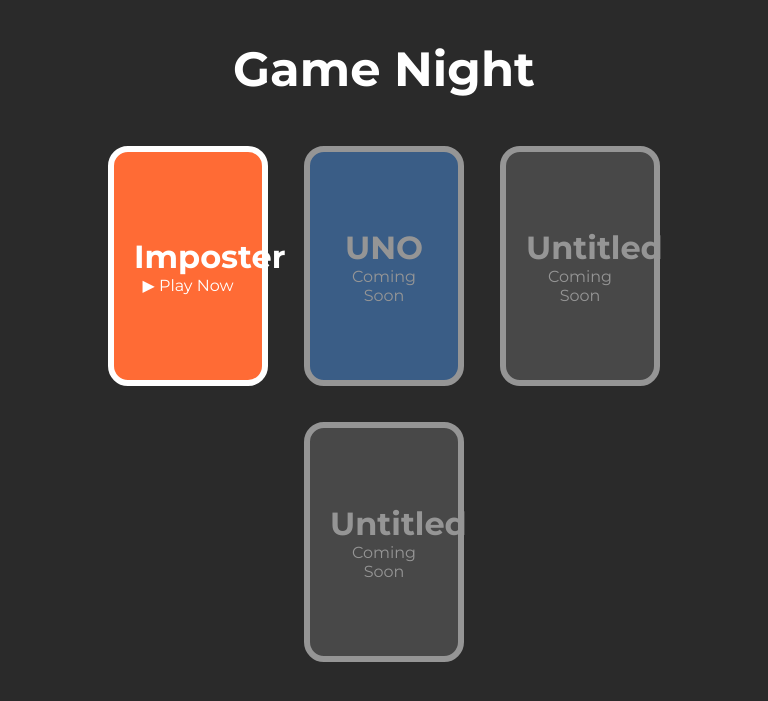
Repository: nfemmanuel/game-night-app
Page: /
The author's editor kept a copy of each file at every save. The page is drawn from the files as they stood at one save, then again after a run of saves.
The browser window is 768 px wide. The pictures show the whole page.
The project was rebuilt for these pictures with package versions that can differ from the ones it lists, and the page was loaded fresh each time. Also part of the build but not shown: src/components/HelpButton.jsx, src/components/BackButton.jsx, src/pages/ImposterSetup.jsx, src/data/wordList.js, src/pages/ImposterReveal.jsx, src/pages/ImposterVoting.jsx.

Above is the page before, as saved 2025-12-31 18:16:40.

### public/index.html
<!DOCTYPE html>
<html lang="en">
  <head>
    <meta charset="utf-8" />
    <link rel="icon" href="%PUBLIC_URL%/favicon.ico" />
    <link rel="preconnect" href="https://fonts.googleapis.com">
    <link rel="preconnect" href="https://fonts.gstatic.com" crossorigin>
    <link href="https://fonts.googleapis.com/css2?family=Montserrat:wght@400;600;700&display=swap" rel="stylesheet">
    <meta name="viewport" content="width=device-width, initial-scale=1" />
    <meta name="theme-color" content="#000000" />
    <meta
      name="description"
      content="Web site created using create-react-app"
    />
    <link rel="apple-touch-icon" href="%PUBLIC_URL%/logo192.png" />
    <!--
      manifest.json provides metadata used when your web app is installed on a
      user's mobile device or desktop. See https://developers.google.com/web/fundamentals/web-app-manifest/
    -->
    <link rel="manifest" href="%PUBLIC_URL%/manifest.json" />
    <!--
      Notice the use of %PUBLIC_URL% in the tags above.
      It will be replaced with the URL of the `public` folder during the build.
      Only files inside the `public` folder can be referenced from the HTML.

      Unlike "/favicon.ico" or "favicon.ico", "%PUBLIC_URL%/favicon.ico" will
      work correctly both with client-side routing and a non-root public URL.
      Learn how to configure a non-root public URL by running `npm run build`.
    -->
    <title>React App</title>
  </head>
  <body>
    <noscript>You need to enable JavaScript to run this app.</noscript>
    <div id="root"></div>
    <!--
      This HTML file is a template.
      If you open it directly in the browser, you will see an empty page.

      You can add webfonts, meta tags, or analytics to this file.
      The build step will place the bundled scripts into the <body> tag.

      To begin the development, run `npm start` or `yarn start`.
      To create a production bundle, use `npm run build` or `yarn build`.
    -->
  </body>
</html>

### src/App.js
import { BrowserRouter, Routes, Route } from 'react-router-dom';
import './styles/global.css';
import LandingPage from './pages/LandingPage';
import ImposterSetup from './pages/ImposterSetup';
import ImposterReveal from './pages/ImposterReveal';
import ImposterVoting from './pages/ImposterVoting';

function App() {
  return (
    <BrowserRouter>
      <Routes>
        <Route path="/" element={<LandingPage />} />
        <Route path="/imposter-setup" element={<ImposterSetup />} />
        <Route path="/imposter-reveal" element={<ImposterReveal />} />
        <Route path="/imposter-voting" element={<ImposterVoting />} />
      </Routes>
    </BrowserRouter>
  );
}

export default App;

### src/styles/global.css
* {
    margin: 0;
    padding: 0;
    box-sizing: border-box;
}

body {
    font-family: 'Montserrat', 'Helvetica Neue', 'Arial', sans-serif;
    background-color: rgb(42, 42, 42);
    color: white;
    overflow: hidden;
}

button {
    cursor: pointer;
    border: none;
    border-radius: 5px;
    font-family: inherit;
    font-size: 1rem;
    padding: 10px 20px;
}

/* Mobile adjustments only - won't affect desktop */
@media (max-width: 768px) {
    body {
        overflow-y: auto;
    }

    /* Make large headings smaller on mobile */
    h1 {
        font-size: 3rem !important;
    }

    h2 {
        font-size: 2rem !important;
    }
}

@media (max-width: 480px) {
    h1 {
        font-size: 2.5rem !important;
    }

    h2 {
        font-size: 2rem !important;
    }
}

### src/pages/LandingPage.jsx
import { useNavigate } from 'react-router-dom';
import GameCard from '../components/GameCard';
import HelpButton from '../components/HelpButton';

function LandingPage() {
    const navigate = useNavigate();

    const handleClick = (gameName, route) => {
        if (route) {
            navigate(route);
        }
    };

    return (
        <div style={{ padding: '40px', textAlign: 'center' }}>
            <h1 style={{ fontSize: '10rem' }}>Game Night</h1>

            <div style={{
                display: 'flex',
                gap: '20px',
                justifyContent: 'center',
                marginTop: '40px',
                flexWrap: 'wrap',
                padding: '0 10px'  // Add padding on sides for mobile
            }}>
                <GameCard
                    name="Imposter"
                    available={true}
                    color="orange"
                    onClick={() => handleClick("Imposter", "/imposter-setup")}
                />
                <GameCard
                    name="UNO"
                    available={false}
                    color="blue"
                    onClick={() => handleClick("UNO", "/uno-setup")}
                />
                <GameCard
                    name="Untitled"
                    available={false}
                    onClick={() => { }}
                />
                <GameCard
                    name="Untitled"
                    available={false}
                    onClick={() => { }}
                />
            </div>
        </div>
    );
}

export default LandingPage;

### src/components/GameCard.jsx
import styles from './GameCard.module.css';

function GameCard({ name, available, onClick, color }) {  // Add color here
    // Combine card + available/disabled classes + color
    const cardClasses = `${styles.card} ${available ? styles.available : styles.disabled} ${color ? styles[color] : ''}`;

    return (
        <div
            className={cardClasses}
            onClick={available ? onClick : null}
        >
            <h2>{name}</h2>
            <p>{available ? '▶ Play Now' : 'Coming Soon'}</p>
        </div>
    );
}

export default GameCard;

### src/components/GameCard.module.css
.card {
    width: 225px;
    height: 330px;
    padding: 30px;
    margin: 10px;
    border-radius: 20px;
    border: 10px solid white;
    text-align: center;
    transition: all 0.3s ease;
    display: flex;
    flex-direction: column;
    justify-content: center;
}

.available {
    color: white;
    cursor: pointer;
}

.available:hover {
    transform: scale(1.05);
}

.disabled {
    background-color: #666;
    color: white;
    cursor: not-allowed;
    opacity: 0.5;
}

.orange {
    background-color: #FF6B35;
}

.orange:hover {
    box-shadow: 0 0 20px rgba(255, 107, 53, 0.6);
}

.blue {
    background-color: #4A90E2;
}

.blue:hover {
    box-shadow: 0 0 20px rgba(74, 144, 226, 0.6);
}

/* Mobile: smaller cards */
@media (max-width: 768px) {
    .card {
        width: 160px;
        height: 240px;
        padding: 20px;
        margin: 8px;
        border: 6px solid white;
    }
}

@media (max-width: 480px) {
    .card {
        width: 140px;
        height: 210px;
        padding: 15px;
        margin: 5px;
        border: 5px solid white;
    }

    .card h1 {
        font-size: 1.3rem;
    }

    .card p {
        font-size: 0.9rem;
    }
}

Loaded but not shown: src/index.js (common file); src/index.css (common file); src/reportWebVitals.js (common file)

After the next 2 saves:
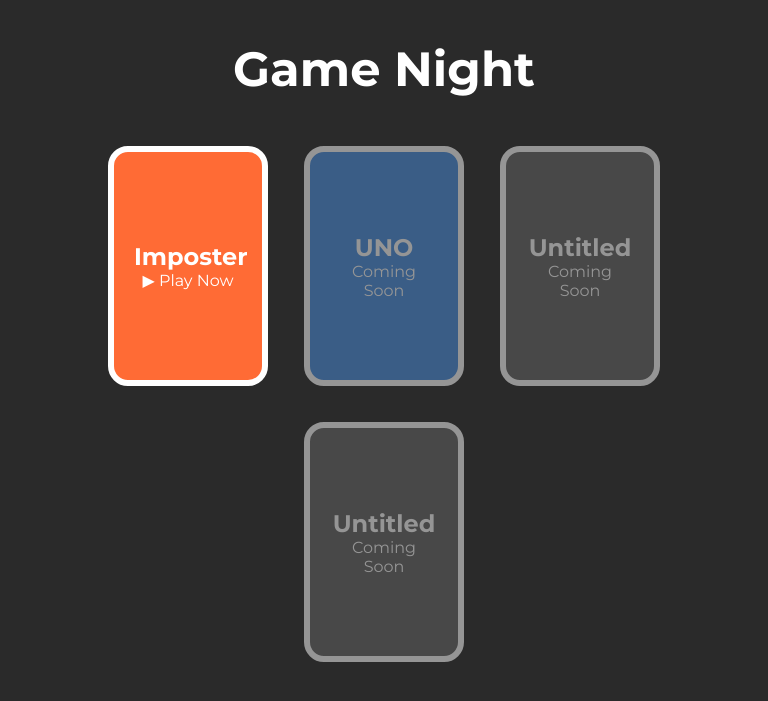
The 2 saves are shown as one change because they came seconds apart.
The last was saved 2 min 55 s later.
--- a/src/styles/global.css
+++ b/src/styles/global.css
@@ -31,8 +31,9 @@ button {
         font-size: 3rem !important;
     }
 
-    h2 {
-        font-size: 2rem !important;
+    .card h2 {
+        font-size: 1.4rem;
+        margin-bottom: 10px;
     }
 }
 
